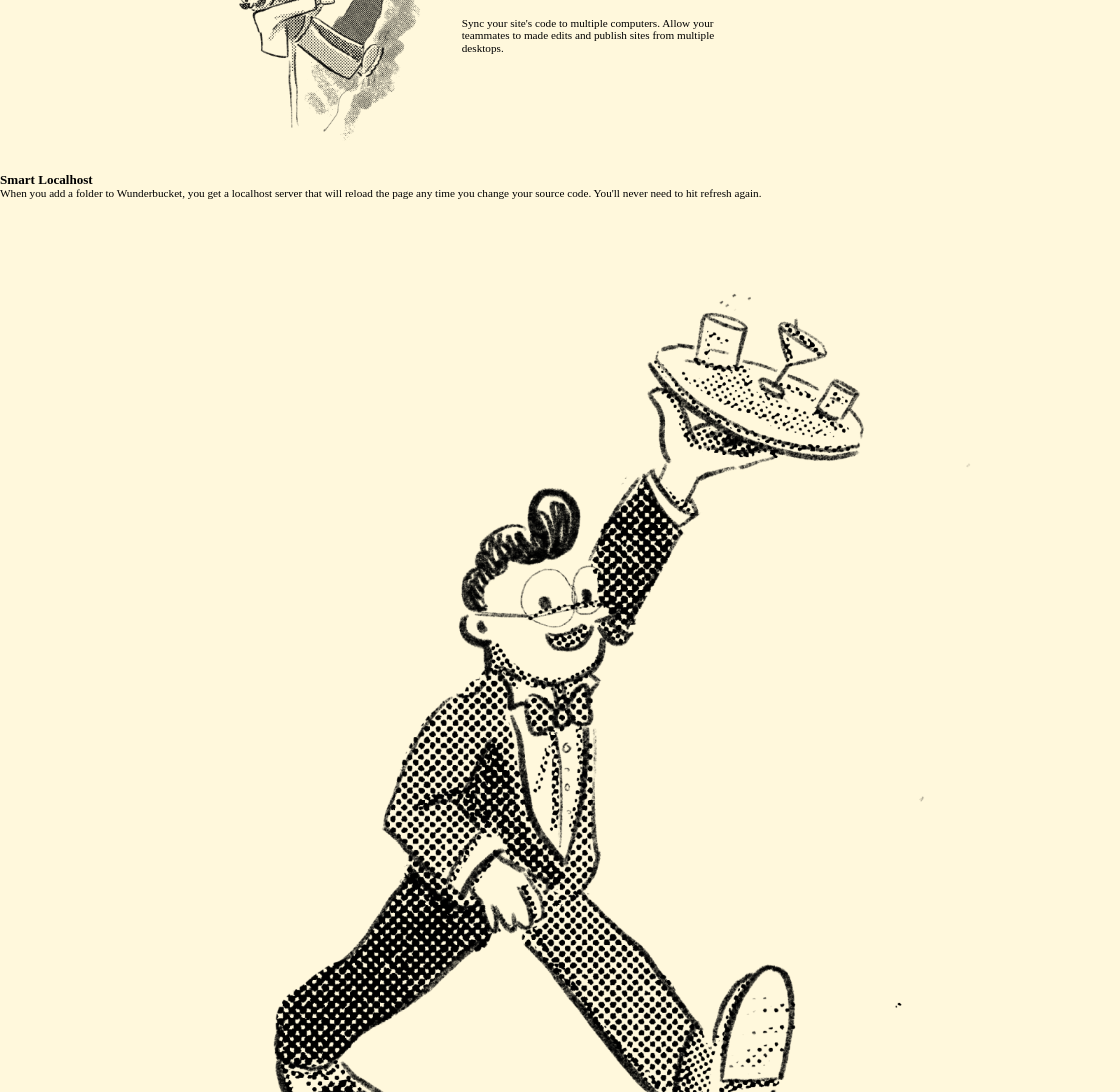
Repository: Pbemits/TEAMWORK-PROJECT-ONE
Page: index.html
The author's editor kept a copy of each file at every save. The page is drawn from the files as they stood at one save, then again after the next save.
The browser window is 1280 px wide. The page is 1600 px wide, then 1280 px, so the pictures cover 1600 px, including what lies to the right of the window. The pictures show the part of the page from y = 780 to 2340 px (the page is 2670 px tall before and 1530 px after), at 70% of full size.
Some web fonts or font styles are not loaded; a fallback is used.

Above is the page before, as saved 2023-09-01 23:19:05.

After the next save:
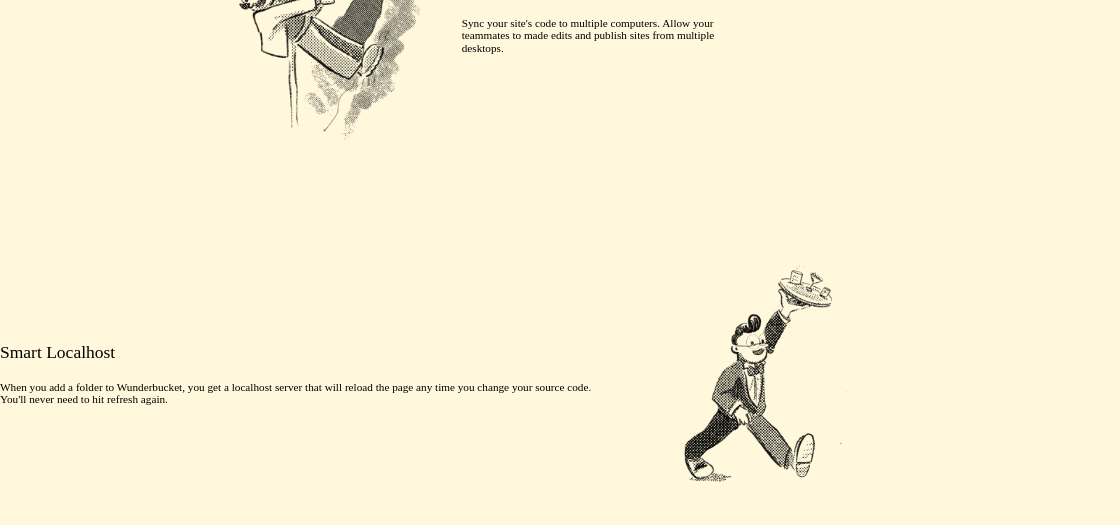
Saved 24 s later.
--- a/assets/css/main.css
+++ b/assets/css/main.css
@@ -59,27 +59,27 @@
 
 /* WRAPPER THREE */
 
-.content-wrapper-element-one {
+.content-wrapper-element-three {
     display: flex;
     align-items: center;
     justify-content: center;
     margin-top: 100px;
 }
 
-.content-wrapper-element-one .wrapper-element-texts .element-text-h3 h3 {
+.content-wrapper-element-three .wrapper-element-texts .element-text-h3 h3 {
     font-size: 25px;
     font-weight: 400;
 }
 
-.content-wrapper-element-one .wrapper-element-texts .element-texts-paragraph {
+.content-wrapper-element-three .wrapper-element-texts .element-texts-paragraph {
     margin: 26px 0;
 }
 
-.content-wrapper-element-one .element-img {
+.content-wrapper-element-three .element-img {
     width: 100%;
 }
 
-.content-wrapper-element-one .element-img img {
+.content-wrapper-element-three .element-img img {
     width: 400px;
 }
 
